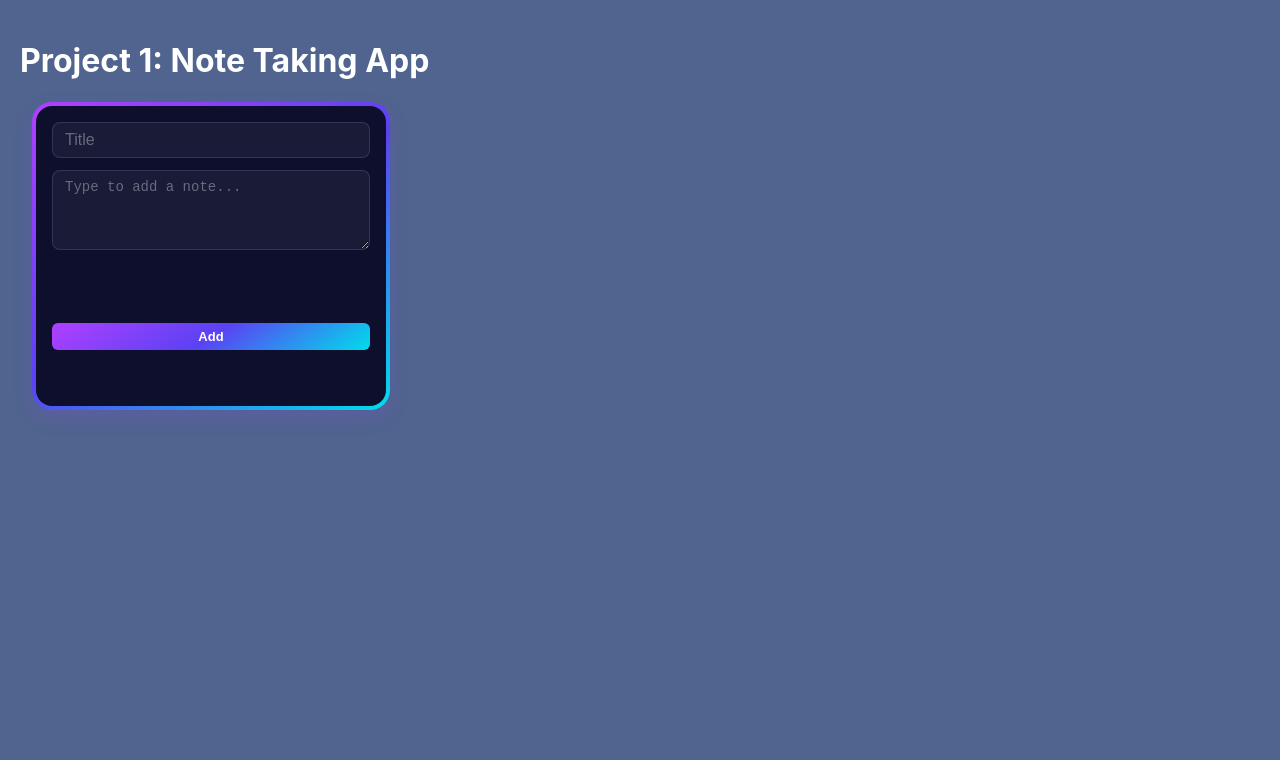
Repository: AJANI2005/Notes-App
Page: /
These files come from the project's save history. The page is drawn as it stood at one moment and after the next save; the edit follows.
The browser window is 1280 px wide. The pictures show the whole page.
The project was rebuilt for these pictures with package versions that can differ from the ones it lists, and the page was loaded fresh each time. Also part of the build but not shown: vite.config.ts, src/App.css, src/style/dialogbox.css, src/DialogBox.tsx.

Above is the page before, as saved 2025-07-31 19:02:00.

### src/index.css
:root {
  font-family: system-ui, Avenir, Helvetica, Arial, sans-serif;
  font-synthesis: none;
  text-rendering: optimizeLegibility;
  -webkit-font-smoothing: antialiased;
  -moz-osx-font-smoothing: grayscale;
}

body {
    margin: 0;
    font-family: 'Inter', sans-serif;
    min-height: 100vh;
    padding: 20px;
    background-color: #50648f;
    color: white;
}

### src/App.tsx
import { useEffect, useState } from 'react';

// styles
import "./App.css"
import "./style/note.css"
import DialogBox from './DialogBox';


interface Note {
  id: number
  title: string;
  text: string;
}

const Note = () => {
  const [text, setText] = useState('');
  const [title, setTitle] = useState('');


  //Initialize Local Storage
  useEffect(() => {
    if (!localStorage.getItem("notes")) {
      localStorage.setItem("notes", JSON.stringify([]))
    }
    if (localStorage.getItem("title")) {
      setTitle(JSON.parse(localStorage.getItem("title")!))
    }
    if (localStorage.getItem("text")) {
      setText(JSON.parse(localStorage.getItem("text")!))
    }
  }, [])

  // Store Current Data (On Refresh)
  useEffect(() => {
    if (text === '' && title === '') return
    localStorage.setItem("title", JSON.stringify(title))
    localStorage.setItem("text", JSON.stringify(text))
  }, [text, title])

  const createNote = () => {
    const note = {
      id: Date.now(),
      title: title,
      text: text
    } as Note

    // add note
    const notes = JSON.parse(localStorage.getItem("notes")!)
    notes.push(note)
    localStorage.setItem("notes", JSON.stringify(notes))

    // reset state
    setTitle("")
    setText("")
    localStorage.setItem("title", JSON.stringify(""))
    localStorage.setItem("text", JSON.stringify(""))
  }

  return (
    <form className='note'>
      <div className="note-content">
        <input
          value={title}
          placeholder='Title'
          onChange={(e) => setTitle(e.target.value)}
          type="text" className='note-title-input' />
        <textarea
          value={text}
          onChange={(e) => setText(e.target.value)}
          className='note-input'
          placeholder='Type to add a note...'></textarea>
        <button className='addBtn' onClick={createNote}>Add</button>
      </div>

    </form>
  )
}

function App() {

  const [notes, setNotes] = useState([]);



  const [editing, setEditing] = useState(false);
  const [currentNote, setCurrentNote] = useState<Note | undefined>(undefined);


  //Initialize Local Storage
  useEffect(() => {
    if (localStorage.getItem("notes")) {
      setNotes(JSON.parse(localStorage.getItem("notes")!))
    }
  }, [])

  //Save current note
  const saveNote = () => {
    const notes = JSON.parse(localStorage.getItem("notes")!)
    const index = notes.findIndex((note: Note) => note.id === currentNote?.id)
    notes[index] = currentNote
    localStorage.setItem("notes", JSON.stringify(notes))
    setEditing(false)
    // refresh
    window.location.reload()
  }
  //Delete note
  const deleteNote = () => {
    const notes = JSON.parse(localStorage.getItem("notes")!)
    const index = notes.findIndex((note: Note) => note.id === currentNote?.id)
    notes.splice(index, 1)
    localStorage.setItem("notes", JSON.stringify(notes))
    setEditing(false)
    // refresh
    window.location.reload()
  }

  return (
    <div className='app'>
      <h1>Project 1: Note Taking App</h1>
      <Note />
      {/* Display Notes */}
      <div className='notes-grid'>
        {notes.map((note: Note, index) => (
          <div key={index} className='note'>
            <div className='note-content'>
              <h2 className='note-title'>{note.title}</h2>
              <p className='note-text'>{note.text}</p>
              <button className='deleteBtn'
                onClick={deleteNote}>✖</button>
              <button className='editBtn' onClick={() => {
                setEditing(true);
                setCurrentNote(note);
              }}
              >📝</button>
            </div>
          </div>))}
      </div>

      {/* Edit Dialog Box */}
      <DialogBox isOpen={editing} onClose={() => setEditing(false)}>
        <form className='note'>
          <div className='note-content'>
            <input
              value={currentNote?.title}
              placeholder='Title'
              onChange={(e) => setCurrentNote({ ...currentNote, title: e.target.value } as Note)}
              type="text" className='note-title-input' />

            <textarea
              value={currentNote?.text}
              onChange={(e) => setCurrentNote({ ...currentNote, text: e.target.value } as Note)}
              className='note-input'
              placeholder='Type to add a note...'></textarea>

            <button className='addBtn' onClick={() => {
              saveNote()
              setEditing(false)
            }}>Save</button>
          </div>
        </form>
      </DialogBox>
    </div>
  )
}

export default App

### src/style/note.css
/* Make all elements respect card boundaries */
/* --- Note Card --- */
.note {
  display: flex;
  flex-direction: column;
  min-width: 280px;
  max-width: 350px;
  min-height: 300px;
  padding: 4px; /* Gradient border thickness */
  border-radius: 20px;
  background: linear-gradient(145deg, #af40ff, #5b42f3 50%, #00ddeb);
  box-shadow: rgba(151, 65, 252, 0.15) 0 8px 20px;
  margin: 12px;
  position: relative;
  transition: transform 0.2s ease, box-shadow 0.2s ease;
  overflow: hidden; /* ensures no element spills outside */
}

.note:hover {
  transform: translateY(-4px);
  box-shadow: rgba(151, 65, 252, 0.25) 0 12px 28px;
}

/* Inner dark surface */
.note-content {
  flex: 1;
  display: flex;
  flex-direction: column;
  gap: 12px;
  padding: 16px;
  padding-bottom: 56px; /* space for buttons */
  border-radius: 16px;
  background: #0d0f2d;
  color: white;
  position: relative;
  overflow: hidden;
}

/* --- Inputs --- */
.note-title-input,
.note-input {
  box-sizing: border-box;
  width: 100%;
  border-radius: 8px;
  border: 1px solid rgba(255, 255, 255, 0.12);
  background: rgba(255, 255, 255, 0.05);
  color: white;
  outline: none;
  padding: 8px 12px;
  transition: 0.2s border-color, 0.2s background-color;
}

.note-title-input::placeholder,
.note-input::placeholder {
  color: rgba(255, 255, 255, 0.35);
}

.note-title-input {
  font-size: 16px;
  font-weight: 500;
}

.note-input {
  min-height: 80px;
  font-size: 14px;
  resize: vertical;
}

.note-title-input:focus,
.note-input:focus {
  border-color: #5b42f3;
  background: rgba(255, 255, 255, 0.1);
}

/* --- Buttons --- */
.addBtn,
.deleteBtn,
.editBtn {
  border: none;
  padding: 6px 12px;
  font-size: 13px;
  font-weight: 600;
  border-radius: 6px;
  cursor: pointer;
  color: white;
  transition: transform 0.2s ease, filter 0.2s ease;
}

/* Primary Add Button */
.addBtn {
  background: linear-gradient(145deg, #af40ff, #5b42f3 50%, #00ddeb);
  margin-top: auto;
}

.addBtn:hover {
  transform: scale(1.05);
  filter: brightness(1.1);
}

/* Action buttons at bottom-left */
.deleteBtn,
.editBtn {
  position: absolute;
  bottom: 12px;
}

.deleteBtn {
  left: 12px;
  background: linear-gradient(145deg, #ff416c, #ff4b2b); /* neon pink-red */
}

.deleteBtn:hover {
  transform: scale(1.05);
  filter: brightness(1.1);
}

.editBtn {
  left: 60px;
  background: linear-gradient(145deg, #00c9ff, #92fe9d); /* cyan-green neon */
  color: #0d0f2d;
}

.editBtn:hover {
  transform: scale(1.05);
  filter: brightness(1.1);
}

/* --- Note Display --- */
.note-title {
  font-size: 18px;
  font-weight: 600;
  color: white;
  margin-bottom: 4px;

}

.note-text {
  font-size: 14px;
  color: rgba(255, 255, 255, 0.85);
  line-height: 1.5;
  white-space: pre-wrap;
}

/* --- Grid for Notes --- */
.notes-grid {
  display: grid;
  grid-template-columns: repeat(auto-fill, minmax(250px, 1fr));
  gap: 24px;
  padding: 20px;
  justify-items: center;
}

Loaded but not shown: index.html (common file); src/main.tsx (common file)

After the next save:
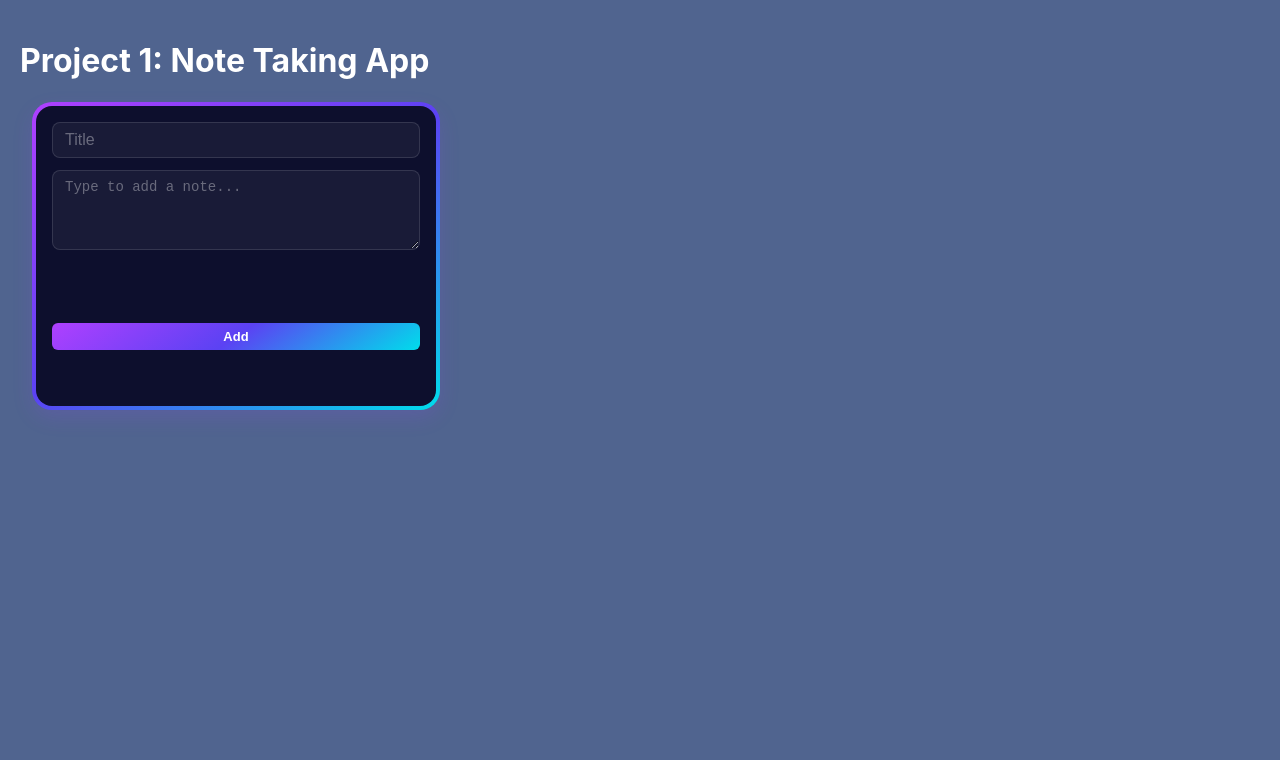
Saved 6 s later.
--- a/src/style/note.css
+++ b/src/style/note.css
@@ -4,7 +4,7 @@
   display: flex;
   flex-direction: column;
   min-width: 280px;
-  max-width: 350px;
+  max-width: 400px;
   min-height: 300px;
   padding: 4px; /* Gradient border thickness */
   border-radius: 20px;
